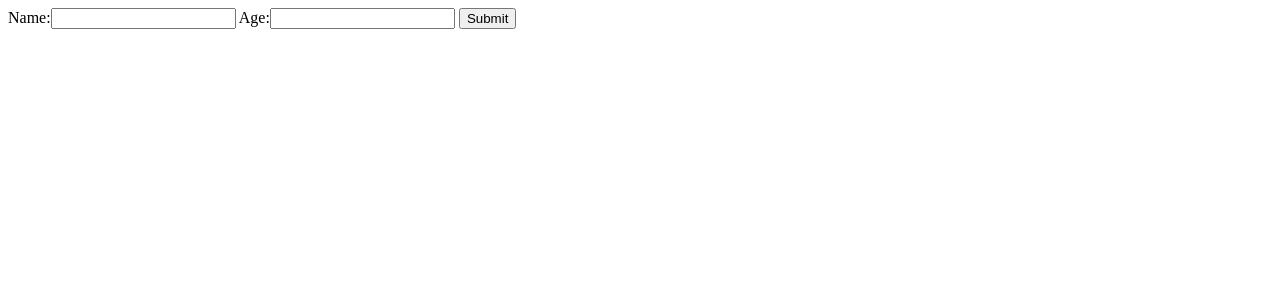
Repository: suryapattnayak/javascript
Page: ValidateAge/WebContent/Home.html
The author's editor kept a copy of each file at every save. The page is drawn from the files as they stood at one save, then again after the next save.
The browser window is 1280 px wide. The pictures show the whole page.

Above is the page before, as saved 2019-09-06 09:20:34.

### ValidateAge/WebContent/Home.html
<!DOCTYPE html>
<html>
<head>
<meta charset="ISO-8859-1">
<title>Insert title here</title>
</head>
<body>

<form action="AgeValidate" method="post">
	Name:<input type="text" name="name">
	Age:<input type="text" name="age">
	<input type="submit" name="submit">
</form>

</body>
</html>

After the next save:
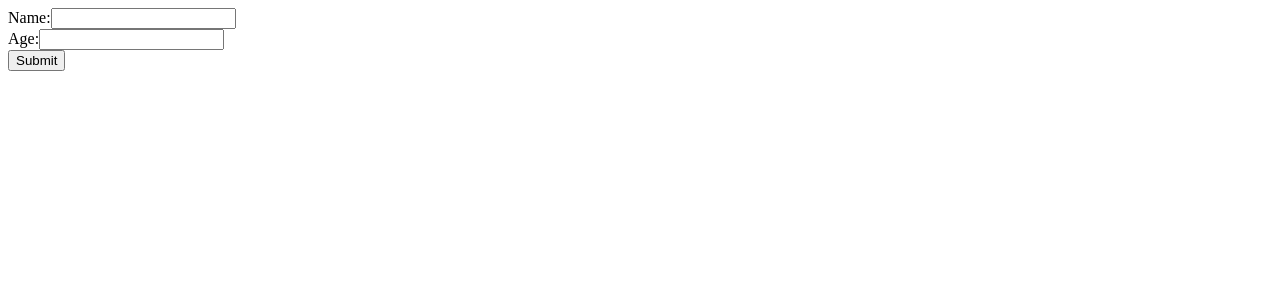
Saved 32 s later.
--- a/ValidateAge/WebContent/Home.html
+++ b/ValidateAge/WebContent/Home.html
@@ -7,8 +7,8 @@
 <body>
 
 <form action="AgeValidate" method="post">
-	Name:<input type="text" name="name">
-	Age:<input type="text" name="age">
+	Name:<input type="text" name="name"><br>
+	Age:<input type="text" name="age"><br>
 	<input type="submit" name="submit">
 </form>
 
